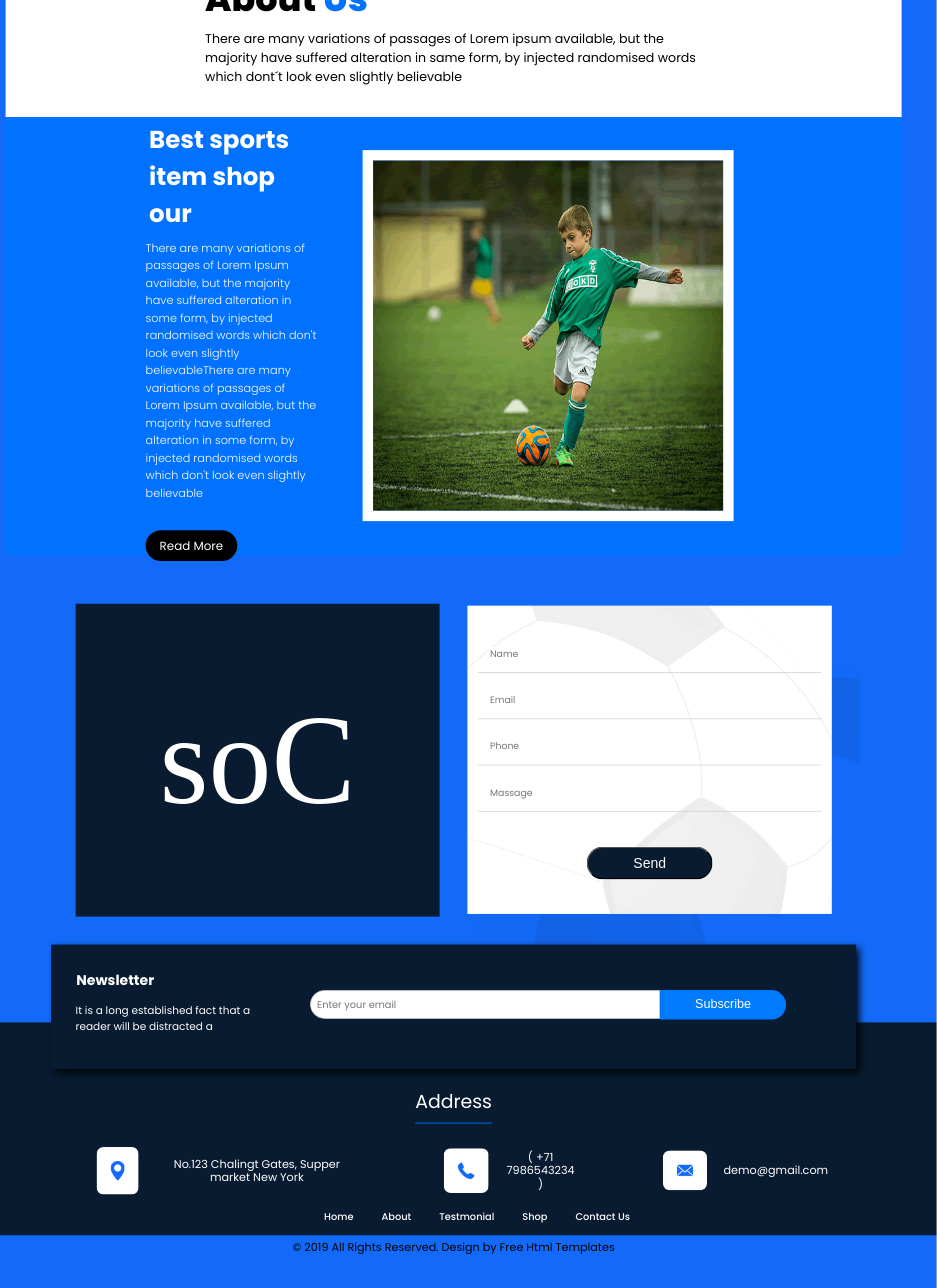
Repository: Vinicius9922/Projeto-Web
Page: index.html
An editor plug-in stored every save of this project. The page is shown before and after a run of saves, followed by the edit.
The browser window is 1280 px wide. The page is 1338 px wide, so the pictures cover 1338 px, including what lies to the right of the window. The pictures show the part of the page from y = 1959 to 3799 px (the page is 3799 px tall), at 70% of full size.

Above is the page before, as saved 2024-12-13 20:19:52.

### index.html
<!DOCTYPE html>
<html>

<head>
    <meta charset="UTF-8">
    <meta name="viewport" content="width=device-width, initial-scale=1.0">
    <link rel="stylesheet" href="index.css">
    <link rel="preconnect" href="https://fonts.googleapis.com">
    <link rel="preconnect" href="https://fonts.gstatic.com" crossorigin>
    <link
        href="https://fonts.googleapis.com/css2?family=Lora:ital,wght@0,400..700;1,400..700&family=Poppins:ital,wght@0,100;0,200;0,300;0,400;0,500;0,600;0,700;0,800;0,900;1,100;1,200;1,300;1,400;1,500;1,600;1,700;1,800;1,900&display=swap"
        rel="stylesheet">
    <title>Index</title>
</head>

<body class="main-layout">
    <header>
        <div class="header">
            <div class="container">
                <div class="logo"><img src="img/logo.png" alt="logo"></div>
                <div class="navBar">
                    <nav>
                        <ul class="menuNav">
                            <li>HOME</li>
                            <li>ABOUT</li>
                            <li>TESTMONIAL</li>
                            <li>SHOP</li>
                            <li>CONTACT US</li>
                            <li><img id="lupa" src="img/search_icon.png"></li>
                        </ul>
                    </nav>
                </div>
            </div>
        </div>
    </header>
    <section>
        <div class="container">
            <div class="carroussel">
                <div class="textCarroussel">
                    <h1>Welcome to <strong class="color">Our Shop</strong></h1>
                    <p>There are many variations of passages of Lorem Ipsum available, but the majority have
                        suffered
                        alteration in some form, by injected humour</p>
                    <button class="botao-carrossel">Buy Now</button>
                    <button class="botao-carrossel">About</button>
                </div>
            </div>
            <div class="img-carroussel">
                <div>
                    <figure><img id="img-carroussel" src="img/boksing-gloves.png" alt="img" /></figure>
                </div>
            </div>
        </div>
    </section>

    <!-- aaaaaaaaaaaaaaa -->

    <div class="parte branca">
        <h1>Our <span>Products</span></h1>
        <p>There are many variations of passages of Lorem ipsum available, but the majority have suffered alteration in
            some form, by injected randomised words wich don't look even slightly believable</p>
    </div>

    <div class="container3">

        <div class="imagem1">
            <img src="img/basketball.png" alt="bola">
            <p>$<span class="valor">50</span></p>
            <p class="p1">Basket ball</p>
        </div>
        <div class="imagem2">
            <img src="img/t-shirt.png" alt="camiseta">
            <p>$<span class="valor">50</span></p>
            <p class="p1">T-shirt</p>
        </div>
        <div class="imagem3">
            <img src="img/game.png" alt="game">
            <p>$<span class="valor">50</span></p>
            <p class="p1">Game</p>
        </div>
        <div class="imagem4">
            <img src="img/basketball.png" alt="bola">
            <p>$<span class="valor">50</span></p>
            <p class="p1">Basket ball</p>
        </div>
        <div class="imagem5">
            <img src="img/t-shirt.png" alt="camiseta">
            <p>$<span class="valor">50</span></p>
            <p class="p1">T-shirt</p>
        </div>
        <div class="imagem6">
            <img src="img/game.png" alt="game">
            <p>$<span class="valor">50</span></p>
            <p class="p1">game</p>
        </div>

    </div>
    <div class="branca2">
        <h1> About <span>Us</span></h1>
        <p>There are many variations of passages of Lorem ipsum available, but the majority have suffered alteration in
            same form, by injected randomised words which dont´t look even slightly believable</p>
    </div>

    <div class="shield">
        <div class="texto-shield">
            <h1 class="textobranco">Best sports item shop our</h1>
            <p class="p2">There are many variations of passages of Lorem Ipsum available, but the majority have suffered
                alteration in some form, by injected randomised words which don't look even slightly believableThere are
                many variations of passages of Lorem Ipsum available, but the majority have suffered alteration in some
                form, by injected randomised words which don't look even slightly believable</p>

            <div class="btn_main">
                <a class="botao" href="#" role="button">Read More</a>
            </div>
        </div>
        <div class="child">
            <figure><img src="img/child-image.png">
            </figure>
        </div>
    </div>

    <!-- aaaaaaaaaaaaaaaaaaaa -->

    <div class="container2">
        <div class="formulario">
            <div class="box-left">
                <div class="soc">soC</div>
            </div>
            <div class="box-right">
                <form>
                    <div class="grupo-form">
                        <input type="text" class="form" placeholder="Name" name="Name">
                    </div>
                    <div class="grupo-form">
                        <input type="email" class="form" placeholder="Email" name="Email">
                    </div>
                    <div class="grupo-form">
                        <input type="text" class="form" placeholder="Phone" name="Phone">
                    </div>
                    <div class="grupo-form">
                        <input type="text" class="form" placeholder="Massage" name="mensagem">
                    </div>
                    <div class="send-button">
                        <button type="submit" class="botao-env">Send</button>
                    </div>
                </form>
            </div>
        </div>
        <div class="box-down">
            <div class="text-news">
                <h2 class="Newsletter">Newsletter</h2>
                <p class="text-newsletter">It is a long established fact that a reader will be distracted a</p>
            </div>
            <div class="email-news">
                <input type="email" class="news-email" placeholder="Enter your email" name="Email">
            </div>
            <div class="Subscribe">
                <button class="subs-button" type="Subscribe">Subscribe</button>
            </div>
        </div>



        <div class="footer">
            <div>
                <div>
                    <div>
                        <div class="titulo">
                            <h2 class="titulo_texto">Address</h2>
                        </div>
                    </div>
                </div>
            </div>
            <div class="endereco">
                <div>
                    <div class="icones">
                        <div class="site_info">
                            <div class="img-icon">
                                <span class="info_icon"><img src="img/map-icon.png" /></span>
                            </div>
                            <span>No.123 Chalingt Gates, Supper market New York</span>
                        </div>
                    </div>
                    <div class="icones">
                        <div class="site_info">
                            <div class="img-icon">
                                <span class="info_icon"><img src="img/phone-icon.png" /></span>
                            </div>
                            <span>( +71 7986543234 )</span>
                        </div>
                    </div>
                    <div class="icones">
                        <div class="site_info">
                            <div class="img-icon">
                                <span class="info_icon"><img src="img/email-icon.png" /></span>
                            </div>
                            <span>demo@gmail.com</span>
                        </div>
                    </div>
                </div>
            </div>

            <div class="menu_main">
                <div class="menu_text">
                    <ul>
                        <li>Home</li>
                        <li>About</li>
                        <li>Testmonial</li>
                        <li>Shop</li>
                        <li>Contact Us</li>
                    </ul>
                </div>
            </div>
        </div>
        <div class="last-info">
            <div class="trademark">
                <p>© 2019 All Rights Reserved. Design by Free Html Templates</p>
            </div>
        </div>
    </div>

</body>

</html>

### index.css
@import url('https://fonts.googleapis.com/css2?family=Lora:ital,wght@0,400..700;1,400..700&family=Poppins:ital,wght@0,100;0,200;0,300;0,400;0,500;0,600;0,700;0,800;0,900;1,100;1,200;1,300;1,400;1,500;1,600;1,700;1,800;1,900&display=swap');

body {
    width: 100%;
    font-family: Poppins, normal;
    background-color: #136af8;
    background: linear-gradient(to bottom, #136af8 90%, #081b30 90%, #081b30 98%, #136af8 98% );
}

header {
    background-color: #136af8;
    padding: 0px;
}

.container {
    display: flex;
    align-items: center;
    justify-content: space-between;
    margin: 40px 200px;
}

li:hover {
    text-decoration: underline;
    cursor: pointer;
    font-weight: bolder;
}

ul {
    color: white;
    list-style-type: none;
    display: flex;
    margin: 0;
    padding: 0;
    gap: 40px;
    font-weight: 500;
}

#lupa {
    margin-left: 20px;
}

.logo {
    margin-left: 60px;
}

section {
    background-color: #136af8;
    display: flex;
}

.textCarroussel {
    text-align: left;
    margin-left: 60px;
    padding-left: 15px;
}

.textCarroussel p,
strong {
    color: white;
}

.color {
    font-weight: bolder;
}

.textCarroussel h1 {
    font-family: Poppins;
    font-weight: bold;
    font-size: 65px;
    line-height: 74px;
    color: #081b30;
}

.textCarroussel p {
    font-size: 16px;
}

button {
    min-width: 180px;
    color: white;
    background-color: #081b30;
    padding: 10px 50px;
    border-radius: 30px;
    display: inline-block;
    font-size: 20px;
    margin-top: 40px;
    cursor: pointer;
}

button:hover {
    background-color: #032b58;
}

button+button {
    margin-left: 15px;
}

#img-carroussel {
    max-width: 110%;
    height: auto;
    display: block;
}


.parte.branca {
    background-color: white;
    text-align: center;
    padding: 40px 280px;
}

.parte.branca h1 {
    font-size: 50px;
    color: black;
    text-align: left;
    font-weight: 800;
    margin: 5px;
}

.parte.branca h1 span {
    color: #0072ff;

}

.parte.branca p {
    font-size: 18px;
    margin-top: 10px;
    text-align: left;
    font-weight: 400;
    margin: 5px;
}

/* Grade de produtos */
.container3 {
    display: grid;
    grid-template-columns: repeat(3, 1fr);
    gap: 20px;
    column-gap: 30px;
    padding-left: 250px;
    padding-right: 250px;
    padding-top: 40px;
    padding-bottom: 40px;
    background-color: #001f3f;
}


.container3 div {
    text-align: center;
    background-color: white;
    padding: 20px;
    box-shadow: 0 5px 10px rgba(0, 0, 0, 0.1);
}

.container3 img {
    width: 300px;
    height: 300px;
    margin-bottom: 10px;
}

.container3 div .valor {
    margin: 5px 0;
    font-size: 26px;
    color: #0072ff
}

.container3 div p {
    font-size: 26px;
    color: black;
    margin: 3px;
}

/* Sessão "About Us" */
.branca2 {
    background-color: white;
    text-align: left;
    padding: 40px 280px;
}

.branca2 h1 {
    font-size: 50px;
    color: black;
    text-align: left;
    font-weight: 800;
    margin: 5px;
}

.branca2 h1 span {
    color: #0072ff;
}

.branca2 p {
    font-size: 18px;
    margin-top: 10px;
    text-align: left;
    font-weight: 400;
    margin: 5px;
}

/* Sessão "Best sports item shop our" */
.shield {
    display: flex;
    justify-content: space-between;
    align-items: center;
    background-color: #0072ff;
    color: white;
    padding-left: 200px;
    padding-right: 200px;
    gap: 20px;
}

.texto-shield {
    text-align: left;
}

.shield h1 {
    font-size: 35px;
    color: rgb(255, 255, 255);
    text-align: left;
    font-weight: 700;
    margin: 5px;
}

.shield .p2 {
    font-size: 16px;
    margin-top: 10px;
    text-align: left;
    font-weight: 300;
    margin-bottom: 50px;
}

.btn_main .botao {
    text-decoration: none;
    background-color: black;
    color: white;
    padding: 10px 20px;
    border-radius: 30px;
    font-size: 17px;
    transition: 0.5s ease, color 0.4s ease 0.1s;
}

.botao:hover {
    background-color: #fbfbfb;
    color: black;
}

.child {
    margin: 0px;
}

.child img {
    height: 500px;
    width: 500px;
    display: flex;
    border: 15px solid #fff;
}

.container2 {
    display: flex;
    align-items: center;
    justify-content: space-between;
    margin: 30px 100px;
    flex-direction: column;
}

.formulario {
    flex: auto;
    display: flex;
    justify-content: space-between;
    align-items: center;
    border-radius: 10px;
    padding: 40px;
    justify-content: center;
    gap: 40px;
    background-image: url('img/contact-banner.png');
}

.grupo-form {
    width: 100%;
    padding: 15px;
    margin-bottom: 10px;
    border-bottom: 1px solid #ccc;
}

form {
    display: flex;
    flex-direction: column;
    align-items: center;
    width: 460px;
    height: 360px;
}

.form {
    border: none;
    width: 100px;
    margin: 0px;
}

.box-left {
    background-color: #081b30;
    color: white;
    text-align: center;
    font-family: apple;
    font-size: 180px;
    padding: 10% 10%;
    padding: 120px;
}

.box-right {
    height: auto;
    background-color: #f2f2f2;
    background-image: url('img/boll_bg.png');
    padding: 40px 30px;
}

.box-left,
.box-right {
    width: 50%;
}

input {
    border: none;
    outline: none;
    width: 100%;
}

input,
textarea {
    font-family: Poppins, normal;
    color: #a4a0a0;
    width: 100%;
}

.box-down {
    display: flex;
    align-items: row;
    background-color: #081b30;
    color: white;
    width: 1150px;
    box-shadow: 5px 5px 10px 0 rgba(0, 0, 0, 0.9);
}

.text-news {
    display: flex;
    flex-direction: column;
    max-width: 300px;
    padding-left: 35px;
    font-size: 12px;
    padding: 35px;
}

.Newsletter {
    margin: 1px;
    font-size: 20px;
}

.text-newsletter {
    font-size: 15px;
}

.email-news {
    display: flex;
    align-items: center;
    height: 172px;
}

.Subscribe {
    display: flex;
    align-items: center;
    height: 132px;
}

.news-email {
    padding: 9px;
    font-size: 14px;
    border: 1px solid #ccc;
    border-radius: 25px 0 0 25px;
    width: 500px;
    height: 41px;
    box-sizing: border-box;
}

.subs-button {
    font-size: 18px;
    color: white;
    background-color: #007BFF;
    border: none;
    border-radius: 0 25px 25px 0;
    cursor: pointer;
    height: 42px;

}

.subs-button:hover {
    background-color: #0056b3;
}


.footer{
    font-size: 18px;
    margin-top: 10px;
    text-align: center;
    font-weight: 400;
    margin: 5px;
}

.titulo_texto{
    color:white;
    text-decoration-line: underline;
    text-decoration-color: #0056b3;
    text-underline-offset: 20px;
    font-weight:400;
}

.endereco > div {
    display: flex;
    gap: 100px;
    align-items: center;
}

.icones {
    display: flex;
    align-items: center;
    gap: 10px;
    color:white;
}

.info_icon img {
    width: auto;
    height: auto;
    background-color:white;
    border-radius: 10px;
    padding: 20px;
    display: block;
}

.site_info {
    display: flex;
    align-items: center;
}

.site_info span {
    line-height: 1.2;
    font-size: 16px;

}
.img-icon {
    display: flex;
    align-items: center;
    justify-content: center;
    width: 50px;
    height: 50px;
    background-color: white;
    border-radius: 10px;
    margin:30px;
}

.menu_text ul{
    font-size: 14px;
    text-align: center;
    padding:0px 00px 0px 350px;
    align-items:center;
}

.menu_text li:hover{
    color:#0072ff;
    cursor: pointer;
    text-decoration:none;
}
.last-info{
   /*  background-color:#136af8;
    height: 100%; */
}

After the next 2 saves:
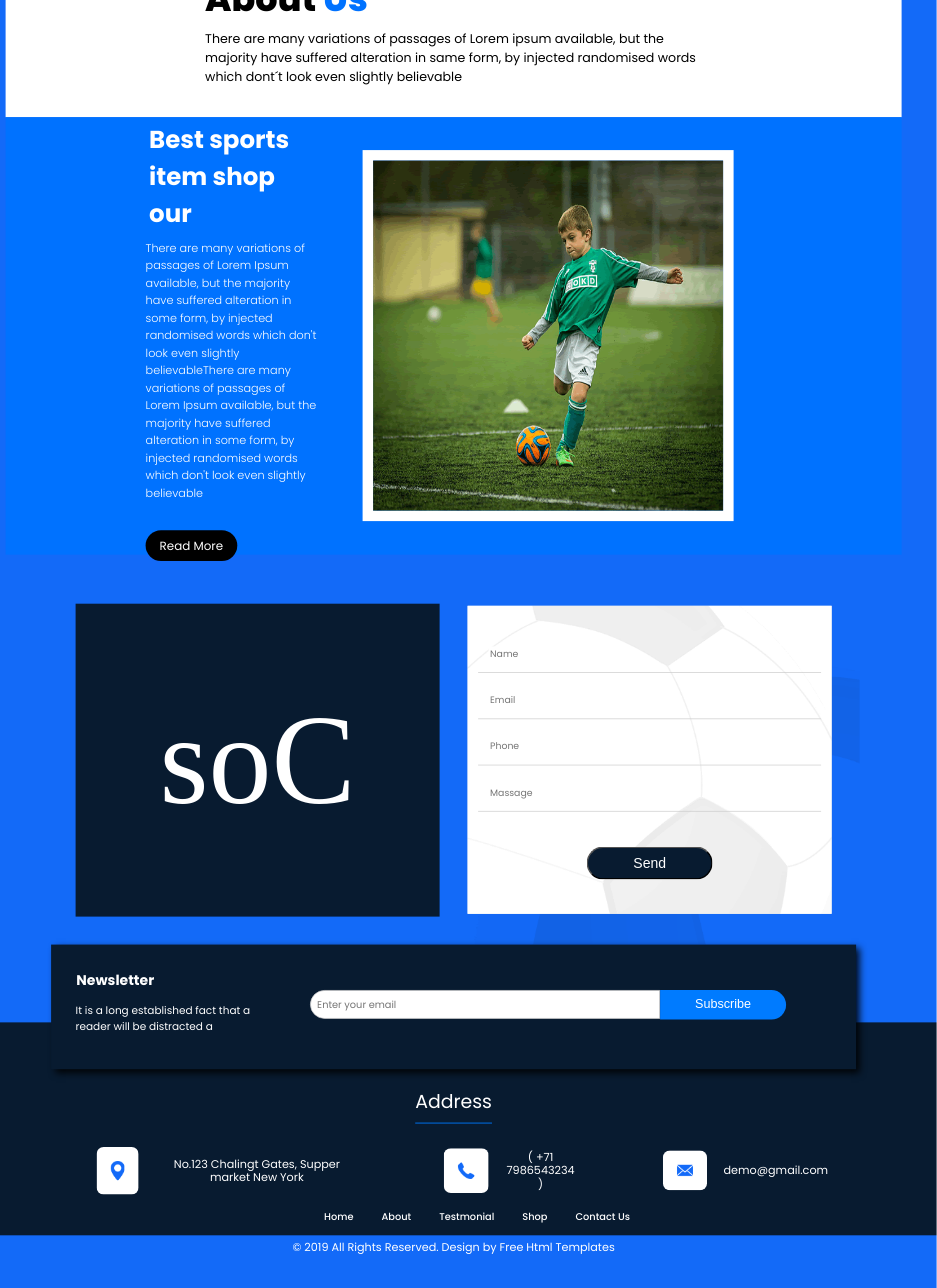
The 2 saves are shown as one change because they came seconds apart.
The last was saved 23 s later.
--- a/index.css
+++ b/index.css
@@ -466,6 +466,5 @@
     text-decoration:none;
 }
 .last-info{
-   /*  background-color:#136af8;
-    height: 100%; */
-}
+   color:white;
+}
